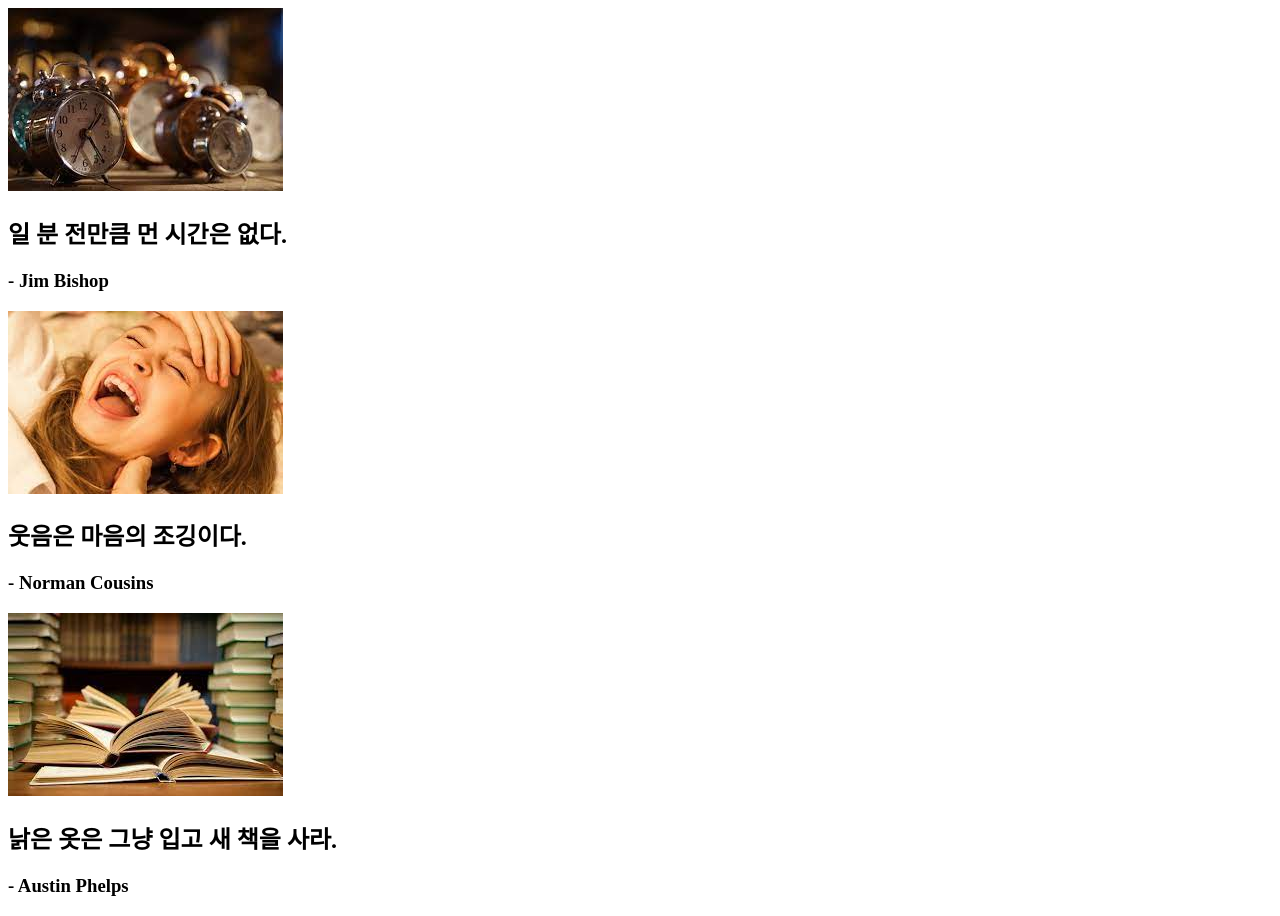
Repository: b1996om/HTML-CSS_study
Page: pro09/public/mediaQuery.html
These files come from the project's save history. The page is drawn as it stood at one moment and after the next save; the edit follows.
The browser window is 1280 px wide. The pictures show the whole page.

Above is the page before, as saved 2022-12-09 05:30:29.

### pro09/public/mediaQuery.html
<!DOCTYPE html>
<html lang="ko">
<head>
	<meta charset="utf-8">
	<title>미디어쿼리를 이용한 웹 문서 만들기(실습)</title>
	<style>

	</style>
</head>
<body>
	<div class="card">
		<img src="images/1.jpg" alt="이미지1">
		<div class="words">
			<h2>일 분 전만큼 먼 시간은 없다.</h2>
			<h3>- Jim Bishop</h3>
		</div>
	</div>
	<div class="card">
		<img src="images/2.jpg" alt="이미지2">
		<div class="words">
			<h2>웃음은 마음의 조깅이다.</h2>
			<h3>- Norman Cousins</h3>
		</div>
	</div>
	<div class="card">
		<img src="images/3.jpg" alt="이미지3">
		<div class="words">
			<h2>낡은 옷은 그냥 입고 새 책을 사라.</h2>
			<h3>- Austin Phelps</h3>
		</div>
	</div>
</body>
</html>

After the next save:
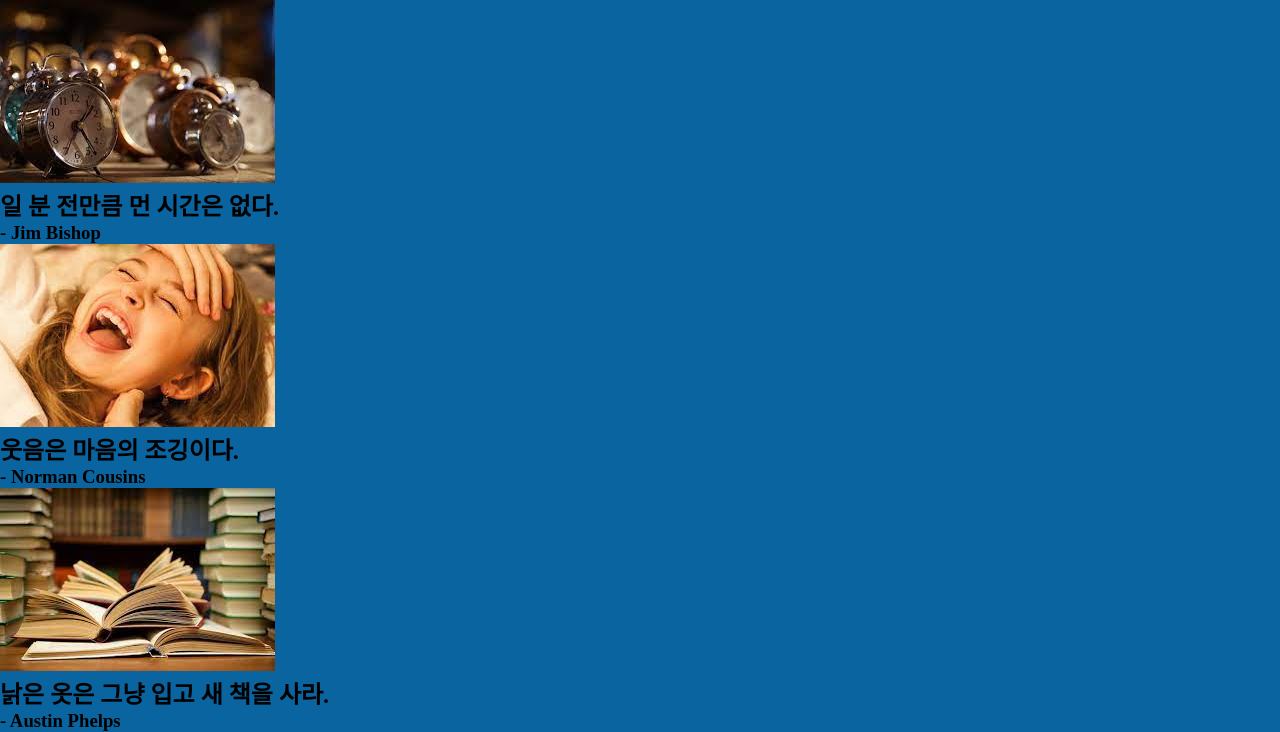
Saved 2 min 17 s later.
--- a/pro09/public/mediaQuery.html
+++ b/pro09/public/mediaQuery.html
@@ -4,29 +4,39 @@
 	<meta charset="utf-8">
 	<title>미디어쿼리를 이용한 웹 문서 만들기(실습)</title>
 	<style>
+		* {
+			margin:0;
+			padding:0;
+			box-sizing:border-box;
+		}
+		body {
+			background:rgb(9, 100, 160);
+		}
 
 	</style>
 </head>
 <body>
-	<div class="card">
-		<img src="images/1.jpg" alt="이미지1">
-		<div class="words">
-			<h2>일 분 전만큼 먼 시간은 없다.</h2>
-			<h3>- Jim Bishop</h3>
+	<div id="con">
+		<div class="card">
+			<img src="images/1.jpg" alt="이미지1">
+			<div class="words">
+				<h2>일 분 전만큼 먼 시간은 없다.</h2>
+				<h3>- Jim Bishop</h3>
+			</div>
 		</div>
-	</div>
-	<div class="card">
-		<img src="images/2.jpg" alt="이미지2">
-		<div class="words">
-			<h2>웃음은 마음의 조깅이다.</h2>
-			<h3>- Norman Cousins</h3>
+		<div class="card">
+			<img src="images/2.jpg" alt="이미지2">
+			<div class="words">
+				<h2>웃음은 마음의 조깅이다.</h2>
+				<h3>- Norman Cousins</h3>
+			</div>
 		</div>
-	</div>
-	<div class="card">
-		<img src="images/3.jpg" alt="이미지3">
-		<div class="words">
-			<h2>낡은 옷은 그냥 입고 새 책을 사라.</h2>
-			<h3>- Austin Phelps</h3>
+		<div class="card">
+			<img src="images/3.jpg" alt="이미지3">
+			<div class="words">
+				<h2>낡은 옷은 그냥 입고 새 책을 사라.</h2>
+				<h3>- Austin Phelps</h3>
+			</div>
 		</div>
 	</div>
 </body>
